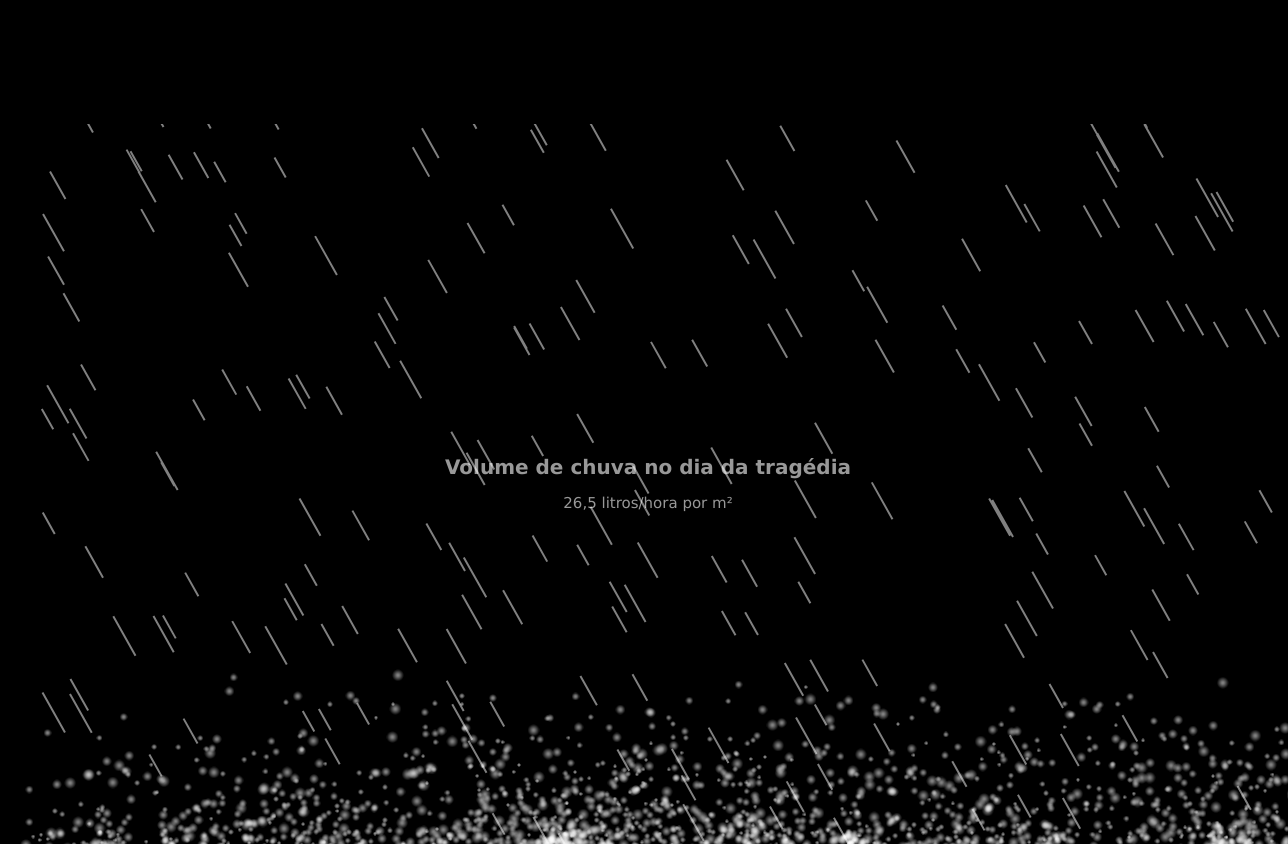
Repository: lucasthaynan/chuvas-estadao
Page: index.html
The author's editor kept a copy of each file at every save. The page is drawn from the files as they stood at one save, then again after the next save.
The browser window is 1280 px wide. The page is 1288 px wide, so the pictures cover 1288 px, including what lies to the right of the window. The pictures show the whole page.

Above is the page before, as saved 2023-02-24 10:33:09.
Console error: ReferenceError: dat is not defined

After the next save:
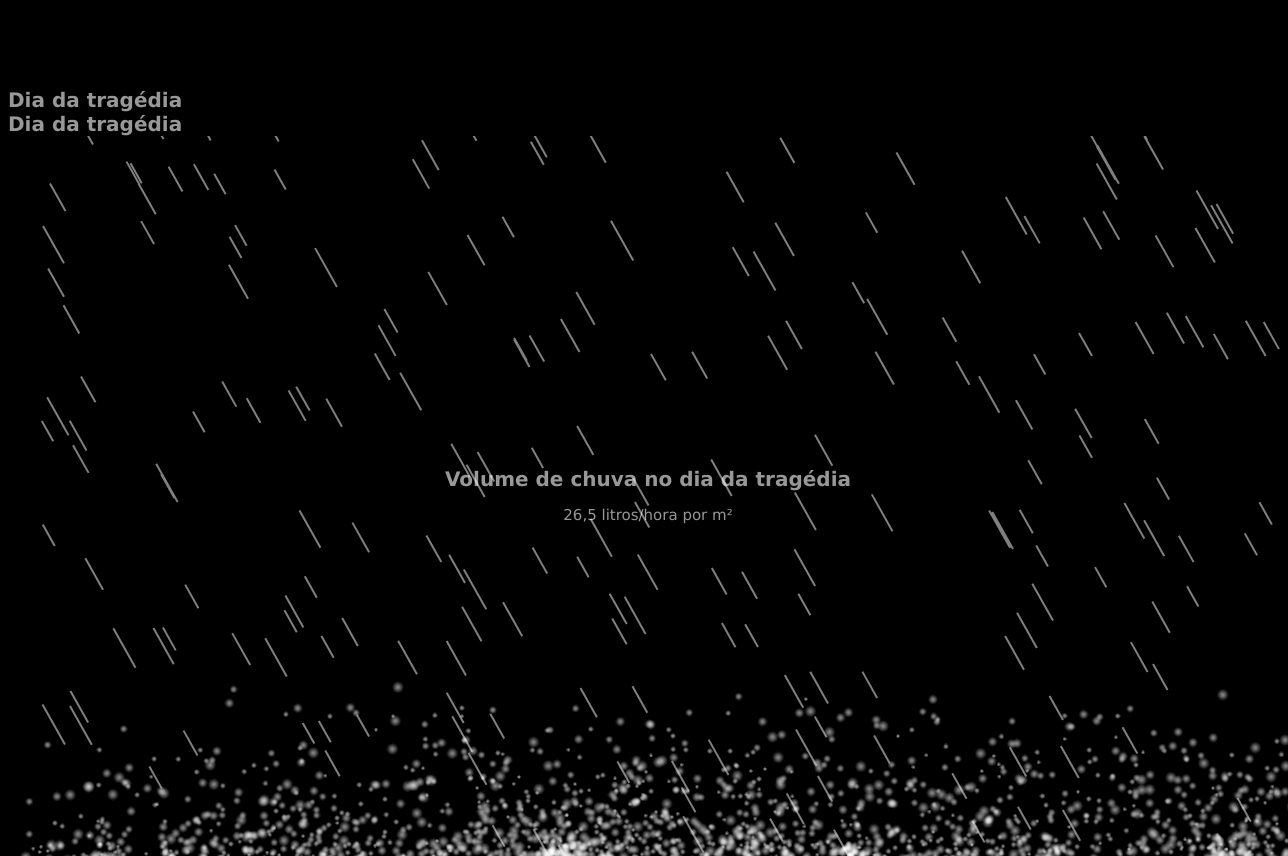
Saved 37 s later.
--- a/index.html
+++ b/index.html
@@ -14,10 +14,10 @@
             <h1>Texto teste</h1>
             <div class="btns">
                 <div class="btn-nornal">
-                    Dia nornal
+                    <p>Dia da tragédia</p>
                 </div>
                 <div class="btn-tragedia">
-                    Dia da tragédia
+                    <p>Dia da tragédia</p>
                 </div>
             </div>
         </div>
